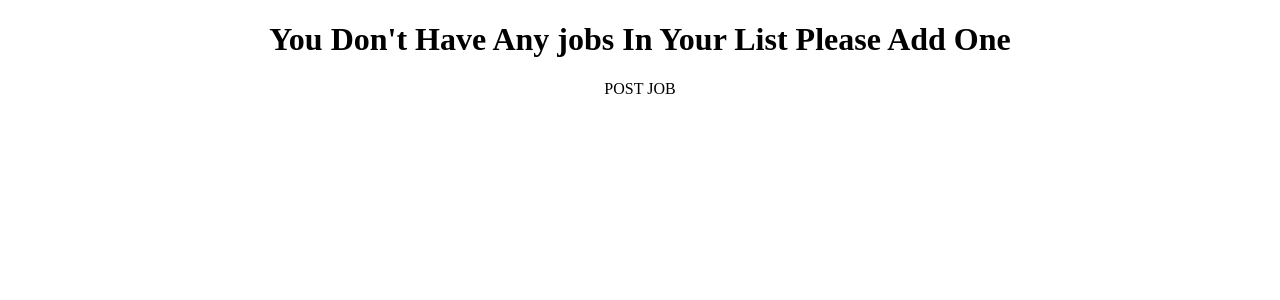
Repository: sharad2795/collobrationproject
Page: collobrationFE/WebContent/htmlpages/job.html
These files come from the project's save history. The page is drawn as it stood at one moment and after the next save; the edit follows.
The browser window is 1280 px wide. The pictures show the whole page.

Above is the page before, as saved 2017-06-07 07:49:08.

### collobrationFE/WebContent/htmlpages/job.html
<!DOCTYPE html>
<html>
<head>
<meta charset="ISO-8859-1">
<title>Insert title here</title>
</head>
<body>
<div ng-controller="jobcontroller as ctrl">
	<div ng-hide="jobs.length">
		<center>
			<h1>You Don't Have Any jobs In Your List Please Add One</h1
			<a href="#/postjob"  class="btn btn-success">POST JOB</a>
		</center>
	</div>
	</div>


</body>
</html>

After the next save:
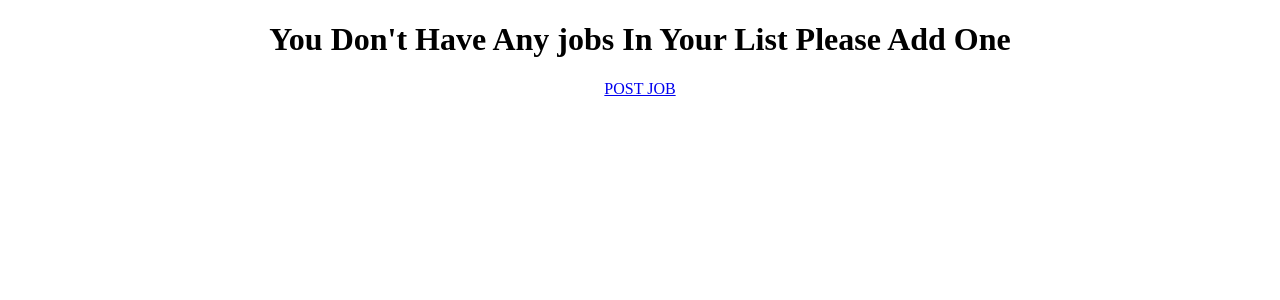
Saved 16 s later.
--- a/collobrationFE/WebContent/htmlpages/job.html
+++ b/collobrationFE/WebContent/htmlpages/job.html
@@ -8,7 +8,7 @@
 <div ng-controller="jobcontroller as ctrl">
 	<div ng-hide="jobs.length">
 		<center>
-			<h1>You Don't Have Any jobs In Your List Please Add One</h1
+			<h1>You Don't Have Any jobs In Your List Please Add One</h1>
 			<a href="#/postjob"  class="btn btn-success">POST JOB</a>
 		</center>
 	</div>
